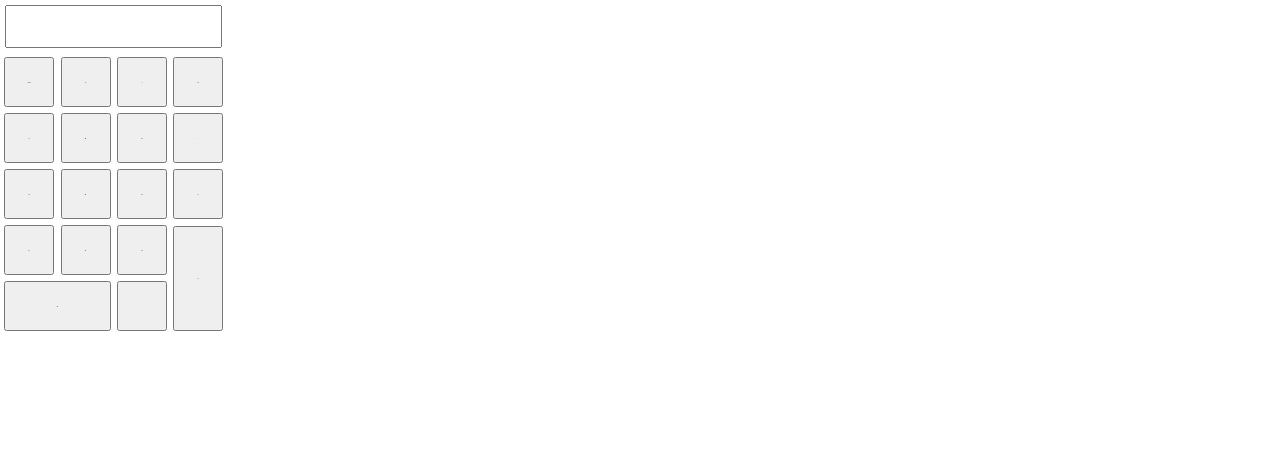
Repository: lacey-crenshaw/calculator
Page: index.html
An editor plug-in stored every save of this project. The page is shown before and after the next save, followed by the edit.
The browser window is 1280 px wide. The pictures show the whole page.

Above is the page before, as saved 2020-02-14 09:43:32.

After the next save:
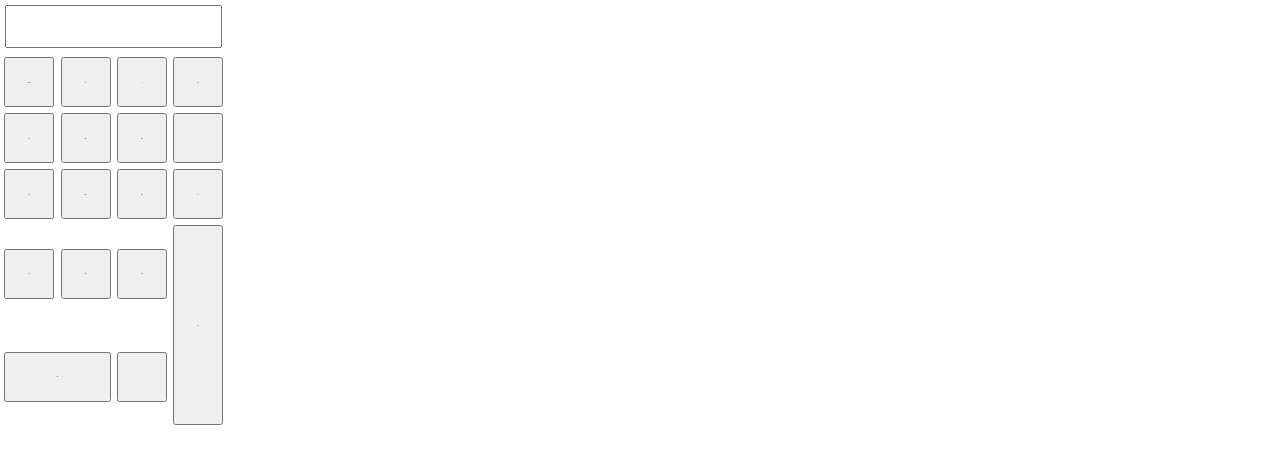
Saved 6 s later.
--- a/index.html
+++ b/index.html
@@ -71,7 +71,7 @@
                     <td><input class="button" type="button" value="1" onclick="insert(1)"> </td>
                     <td><input class="button" type="button" value="2" onclick="insert(2)"> </td>
                     <td><input class="button" type="button" value="3" onclick="insert(3)"> </td>
-                    <td rowspan="5"><input class="button" type="button" style="height: 105" value="=" onclick="equal()"> </td>
+                    <td rowspan="5"><input class="button" type="button" style="height: 200" value="=" onclick="equal()"> </td>
                 </tr>
                 <tr>
                     <td colspan="2"><input class="button" type="button" style="width: 107" value="0" onclick="insert(0)"> </td>
